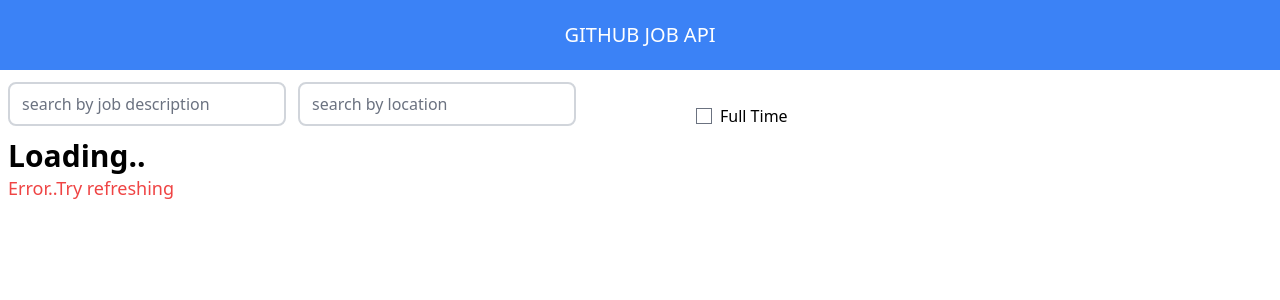
Repository: ShamroOoz/Github-job-api-React-Tailwind
Page: /
These files come from the project's save history. The page is drawn as it stood at one moment and after the next save; the edit follows.
The browser window is 1280 px wide. The pictures show the whole page.
The page's requests for data from a server got no answer. The project was rebuilt for these pictures with package versions that can differ from the ones it lists, and the page was loaded fresh each time. No one was signed in, and anything a server would have sent is missing. Also part of the build but not shown: craco.config.js.

Above is the page before, as saved 2021-03-21 16:39:01.

After the next save:
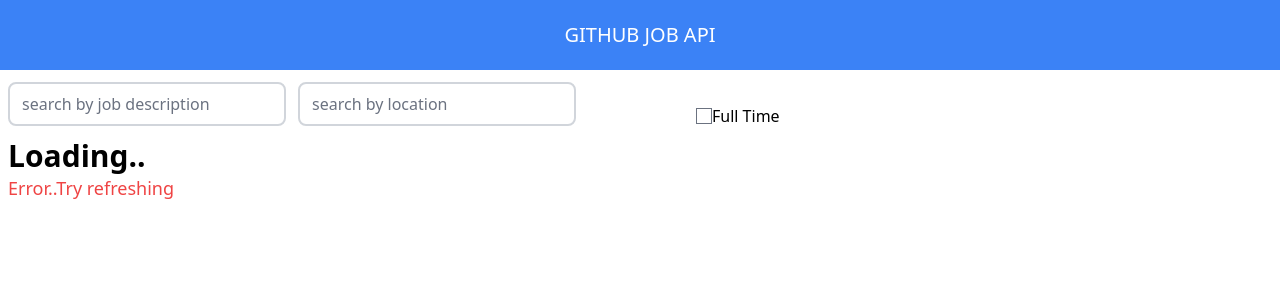
Saved 13 s later.
--- a/src/components/SearchForm.js
+++ b/src/components/SearchForm.js
@@ -30,7 +30,7 @@
               value={params.full_time || ""}
               onChange={handleparamchange}
             />
-            <span className="ml-2">Full Time </span>
+            <span>Full Time </span>
           </label>
         </div>
       </div>

After the save that followed:
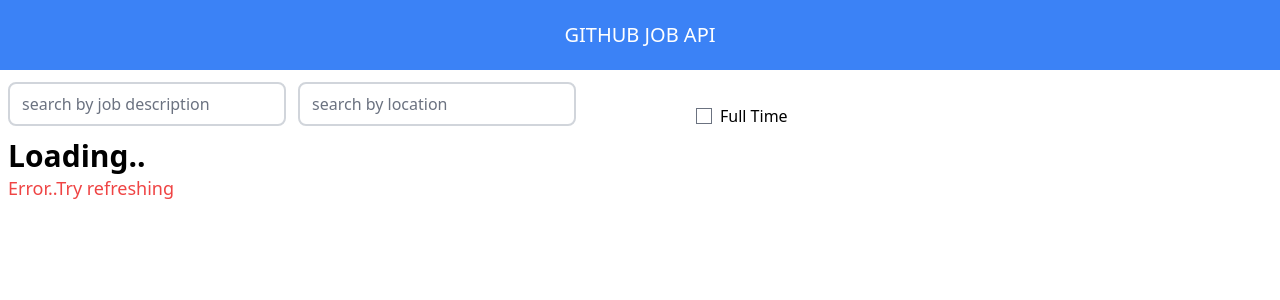
Saved 5 s later.
--- a/src/components/SearchForm.js
+++ b/src/components/SearchForm.js
@@ -30,7 +30,7 @@
               value={params.full_time || ""}
               onChange={handleparamchange}
             />
-            <span>Full Time </span>
+            <span className="ml-2">Full Time </span>
           </label>
         </div>
       </div>
